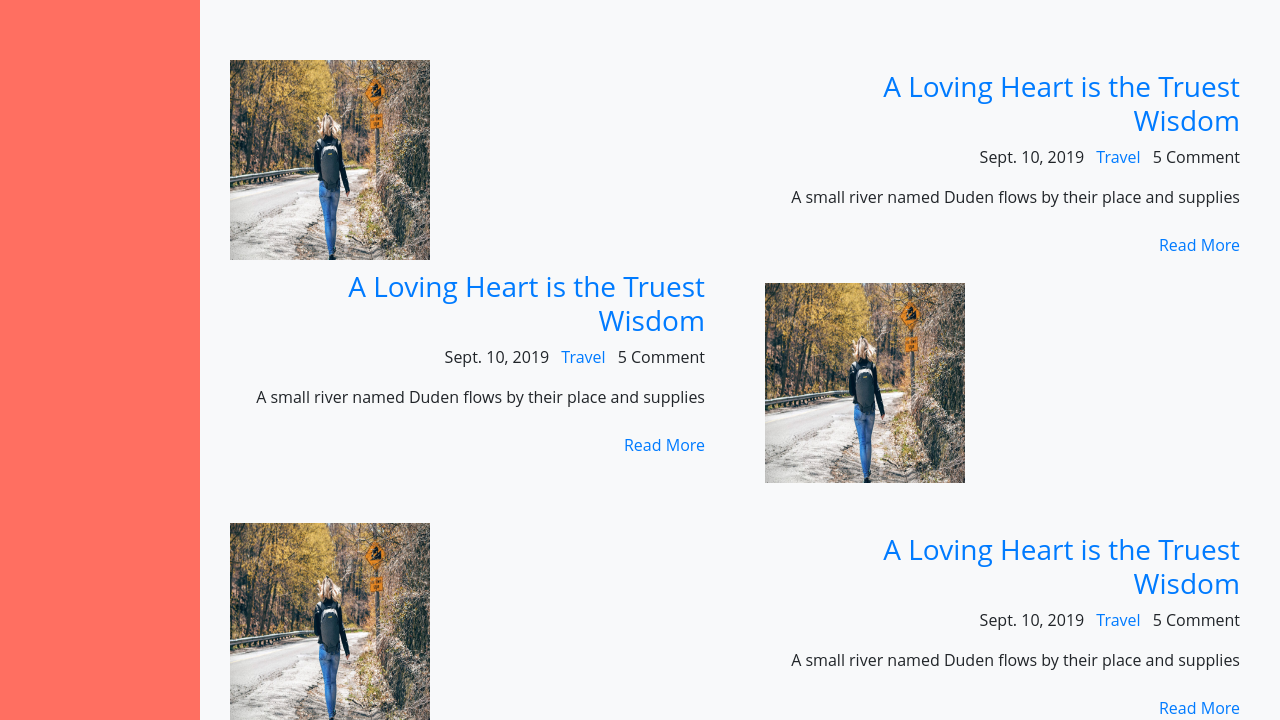
Repository: tts2610/GoogleNews
Page: index.html
These files come from the project's save history. The page is drawn as it stood at one moment and after the next save; the edit follows.
The browser window is 1280 px wide. The pictures show the whole page.
The page's requests for data from a server got no answer. An inner scrolling area shows only its first screen. Some web libraries are served in a nearby version.

Above is the page before, as saved 2020-05-20 22:52:14.

### index.html
<!DOCTYPE html>
<html lang="en">

<head>
    <meta charset="UTF-8">
    <meta name="viewport" content="width=device-width, initial-scale=1.0">
    <title>Document</title>
    <link rel="stylesheet" href="https://maxcdn.bootstrapcdn.com/bootstrap/4.4.1/css/bootstrap.min.css">

    <!-- jQuery library -->
    <script src="https://ajax.googleapis.com/ajax/libs/jquery/3.5.1/jquery.min.js"></script>

    <!-- Popper JS -->
    <script src="https://cdnjs.cloudflare.com/ajax/libs/popper.js/1.16.0/umd/popper.min.js"></script>

    <!-- Latest compiled JavaScript -->
    <script src="https://maxcdn.bootstrapcdn.com/bootstrap/4.4.1/js/bootstrap.min.js"></script>
    <link rel="stylesheet" href="css/style.css">

    <link href="https://unpkg.com/aos@2.3.1/dist/aos.css" rel="stylesheet">

    <link rel="stylesheet" href="https://cdnjs.cloudflare.com/ajax/libs/animate.css/4.0.0/animate.min.css" />
    <script src="js/moment.js"></script>
</head>

<body>
    <div class="myContainer">
        <div class="sidenav">
            <ul id="sideNav">
                <!-- <li></li>
                <li></li>
                <li></li> -->
            </ul>
        </div>
        <div class="content" id="myContent">

            <div class="row">
                <div class="col-6">
                    <div class="row" id='container-row'>

                        <div class="row">
                            <div class="news-img"><img src="img/image_8.jpg" width="200" height="200"></div>
                            <div class="blog-entry">
                                <div class="text">
                                    <h3 class="mb-2"><a href="single.html">A Loving Heart is the Truest Wisdom</a></h3>
                                    <div class="meta-wrap">
                                        <p class="meta">
                                            <span><i class="icon-calendar mr-2"></i>Sept. 10, 2019</span>
                                            <span><a href="single.html"><i class="icon-folder-o mr-2"></i>Travel</a></span>
                                            <span><i class="icon-comment2 mr-2"></i>5 Comment</span>
                                        </p>
                                    </div>
                                    <p class="mb-4">A small river named Duden flows by their place and supplies</p>
                                    <p><a href="#" class="btn-custom">Read More <span class="ion-ios-arrow-forward"></span></a></p>
                                </div>
                            </div>

                        </div>
                        <div class="row">
                            <div class="news-img"><img src="img/image_8.jpg" width="200" height="200"></div>
                            <div class="blog-entry">
                                <div class="text">
                                    <h3 class="mb-2"><a href="single.html">A Loving Heart is the Truest Wisdom</a></h3>
                                    <div class="meta-wrap">
                                        <p class="meta">
                                            <span><i class="icon-calendar mr-2"></i>Sept. 10, 2019</span>
                                            <span><a href="single.html"><i class="icon-folder-o mr-2"></i>Travel</a></span>
                                            <span><i class="icon-comment2 mr-2"></i>5 Comment</span>
                                        </p>
                                    </div>
                                    <p class="mb-4">A small river named Duden flows by their place and supplies</p>
                                    <p><a href="#" class="btn-custom">Read More <span class="ion-ios-arrow-forward"></span></a></p>
                                </div>
                            </div>

                        </div>


                        <!-- <div class="col-md-12">

                        </div> -->
                        <!-- <div class="col-md-12">

                        </div> -->
                    </div>
                </div>
                <div class="col-6">
                    <div class="row" id='container-row'>

                        <div class="row">
                            <div class="blog-entry">
                                <div class="text">
                                    <h3 class="mb-2"><a href="single.html">A Loving Heart is the Truest Wisdom</a></h3>
                                    <div class="meta-wrap">
                                        <p class="meta">
                                            <span><i class="icon-calendar mr-2"></i>Sept. 10, 2019</span>
                                            <span><a href="single.html"><i class="icon-folder-o mr-2"></i>Travel</a></span>
                                            <span><i class="icon-comment2 mr-2"></i>5 Comment</span>
                                        </p>
                                    </div>
                                    <p class="mb-4">A small river named Duden flows by their place and supplies</p>
                                    <p><a href="#" class="btn-custom">Read More <span class="ion-ios-arrow-forward"></span></a></p>
                                </div>
                            </div>
                            <div class="news-img"><img src="img/image_8.jpg" width="200" height="200"></div>
                        </div>
                        <div class="row">
                            <div class="blog-entry">
                                <div class="text">
                                    <h3 class="mb-2"><a href="single.html">A Loving Heart is the Truest Wisdom</a></h3>
                                    <div class="meta-wrap">
                                        <p class="meta">
                                            <span><i class="icon-calendar mr-2"></i>Sept. 10, 2019</span>
                                            <span><a href="single.html"><i class="icon-folder-o mr-2"></i>Travel</a></span>
                                            <span><i class="icon-comment2 mr-2"></i>5 Comment</span>
                                        </p>
                                    </div>
                                    <p class="mb-4">A small river named Duden flows by their place and supplies</p>
                                    <p><a href="#" class="btn-custom">Read More <span class="ion-ios-arrow-forward"></span></a></p>
                                </div>
                            </div>
                            <div class="news-img"><img src="img/image_8.jpg" width="200" height="200"></div>
                        </div>


                        <!-- <div class="col-md-12">

                        </div> -->
                        <!-- <div class="col-md-12">

                        </div> -->
                    </div>
                </div>
            </div>
            <!-- <button type="button" id="loadMoreBtn" class="btn btn-success my-3" style="margin-left: 470px;">Load more...</button> -->
        </div>
    </div>

    <script src="js/script.js"></script>
    <script src="https://unpkg.com/aos@2.3.1/dist/aos.js"></script>
    <script>
        AOS.init();
    </script>
</body>

</html>

### css/style.css
body {
    margin: 0;
    font-family: 'Open Sans', sans-serif;
}

.myContainer {
    display: flex;
    justify-content: start;
}

.sidenav {
    min-height: 100vh;
    width: 200px;
    float: left;
    position: relative;
    background-color: #FF6F61;
}

#sideNav {
    overflow-y: scroll;
}

.content {
    height: 100vh;
    width: calc(100% - 200px);
    float: right;
    position: relative;
    background-color: #f8f9fa;
    overflow-y: scroll;
}

.blog-entry-left {
    display: flex;
    flex-direction: column;
    align-items: center;
}

.blog-entry {
    padding: 10px;
}

.row {
    padding: 20px;
    font-size: medium;
    text-align: right;
}

#container-row {
    display: flex;
    justify-content: flex-end;
}

button {
    margin-left: 500px;
}

### js/script.js
let newsList = [];
const apiKey = "2dc86bcdc7184b17b45b74b30858f75a"
let page = 1;
let pageSize = 6;
let categoryList = [];
let q = "apple";

const loadNews = async(page) => {
    let sources = [];
    $("input:checkbox:checked").each(function() {
        sources.push($(this).val());
    });
    let url;
    if (!sources.length)
        url = `https://newsapi.org/v2/top-headlines?q=${q}&apiKey=${apiKey}&page=${page}&pageSize=${pageSize}`;
    else {
        let sourceStr = sources.join(",");
        url = `https://newsapi.org/v2/top-headlines?q=${q}&page=${page}&pageSize=${pageSize}&sources=${sourceStr}&apiKey=${apiKey}`
    }



    let data = await fetch(url);
    let result = await data.json();
    $("#myContent").empty();
    $("#myContent").append(render(result));
    $('#myContent').append(`<button onclick="loadMoreFunction()" id="loadMoreBtn" type="button" class="btn btn-success my-4">Load more</button>`);
    $('#myContent').append(`<div id="currentNews" style="text-align:right;">Shown : ${result.articles.length} news</div>`);
}

$(document).ready(function() {
    countCategory();
    // loadNews(page);

});

async function countCategory() {
    let filterUrl = `https://newsapi.org/v2/top-headlines?q=${q}&apiKey=${apiKey}`;
    let filterData = await fetch(filterUrl);
    let result = await filterData.json();
    result.articles.forEach((x, i) => {
        addToDictionary(x.source);
    });
    reloadFilter();
}


function loadMoreFunction() {
    page++;
    $("#loadMoreBtn").remove();
    $("#currentNews").remove();
    loadNews(page);
}

function reloadFilter() {
    $("#sideNav").empty();
    categoryList.forEach(element => {
        let html = `<div class="form-check">
                        <input class="form-check-input" onchange="loadNews(1);" type="checkbox" id="${element.id}" value="${element.id}">
                        <label class="form-check-label">${element.category}(${element.count})</label>
                    </div>`;
        $("#sideNav").append(html);
    });
}

function addToDictionary(x) {
    let flag;
    for (let i = 0; i < categoryList.length; i++) {
        if (categoryList[i].id == x.id) {
            categoryList[i].count++;
            flag = true;
        }
    }
    if (!flag)
        categoryList.push({ id: x.id, category: x.name, count: 1 })
}

function render(result) {
    let innerHtml = '';
    let firstNum = 0;
    let midNum;
    let lastNum;
    result.articles.forEach((x, i) => {
        if (i == firstNum) {
            innerHtml += `<div class="row animate__animated animate__fadeInUp">
            <div class="col-4">
                <div class="blog-entry-left">
                    <div>
                        <img src="${x.urlToImage}" width="200" height="200">
                    </div>
                    <div class="text">
                        <h3 class=""><a href="single.html">${x.title}</a></h3>
                        <div class="meta-wrap">
                            <p class="meta">
                                <span><i class="icon-calendar mr-2"></i>${moment(x.publishedAt).fromNow()}</span>
                                <span><a href="single.html"><i class="icon-folder-o mr-2"></i>${x.source.name}</a></span>
                                <span><i class="icon-comment2 mr-2"></i>5 Comment</span>
                            </p>
                        </div>
                        <p class="">${x.description}</p>
                        <p><a href="#" class="btn-custom">Read More <span class="ion-ios-arrow-forward"></span></a></p>
                    </div>
                </div>
            </div>`
            midNum = i + 1;
            firstNum = firstNum + 3;
        }
        if (i == midNum) {
            innerHtml += `<div class="col-8">
            <div class="row">
                <div class="col-md-12">
                    <div class="blog-entry">
                        <div class="text text-2 text-md-right pr-4">
                            <h3 class="mb-2"><a href="single.html">${x.title}</a></h3>
                            <div class="meta-wrap">
                                <p class="meta">
                                    <span><i class="icon-calendar mr-2"></i>${moment(x.publishedAt).fromNow()}</span>
                                    <span><a href="single.html"><i class="icon-folder-o mr-2"></i>${x.source.name}</a></span>
                                    <span><i class="icon-comment2 mr-2"></i>5 Comment</span>
                                </p>
                            </div>
                            <p class="mb-4">${x.description}</p>
                            <p><a href="#" class="btn-custom">Read More <span class="ion-ios-arrow-forward"></span></a></p>
                        </div>
                        <div class="news-img"><img src="${x.urlToImage}" width="200" height="200"></div>
                    </div>
                </div>`
            lastNum = i + 1;
        }
        if (i == lastNum) {
            innerHtml += `<div class="col-md-12">
            <div class="blog-entry ftco-animate d-md-flex align-items-center">
                <div class="text text-2 text-md-right pr-4">
                    <h3 class="mb-2"><a href="single.html">${x.title}</a></h3>
                    <div class="meta-wrap">
                        <p class="meta">
                            <span><i class="icon-calendar mr-2"></i>${moment(x.publishedAt).fromNow()}</span>
                            <span><a href="single.html"><i class="icon-folder-o mr-2"></i>${x.source.name}</a></span>
                            <span><i class="icon-comment2 mr-2"></i>5 Comment</span>
                        </p>
                    </div>
                    <p class="mb-4">${x.description}</p>
                    <p><a href="#" class="btn-custom">Read More <span class="ion-ios-arrow-forward"></span></a></p>
                </div>
                <div class="news-img"><img src="${x.urlToImage}" width="200" height="200"></div>
            </div>
        </div>
    </div>
</div>
</div>
`
        }


    });
    return innerHtml;
}

Loaded but not shown: js/moment.js (library)

After the next save:
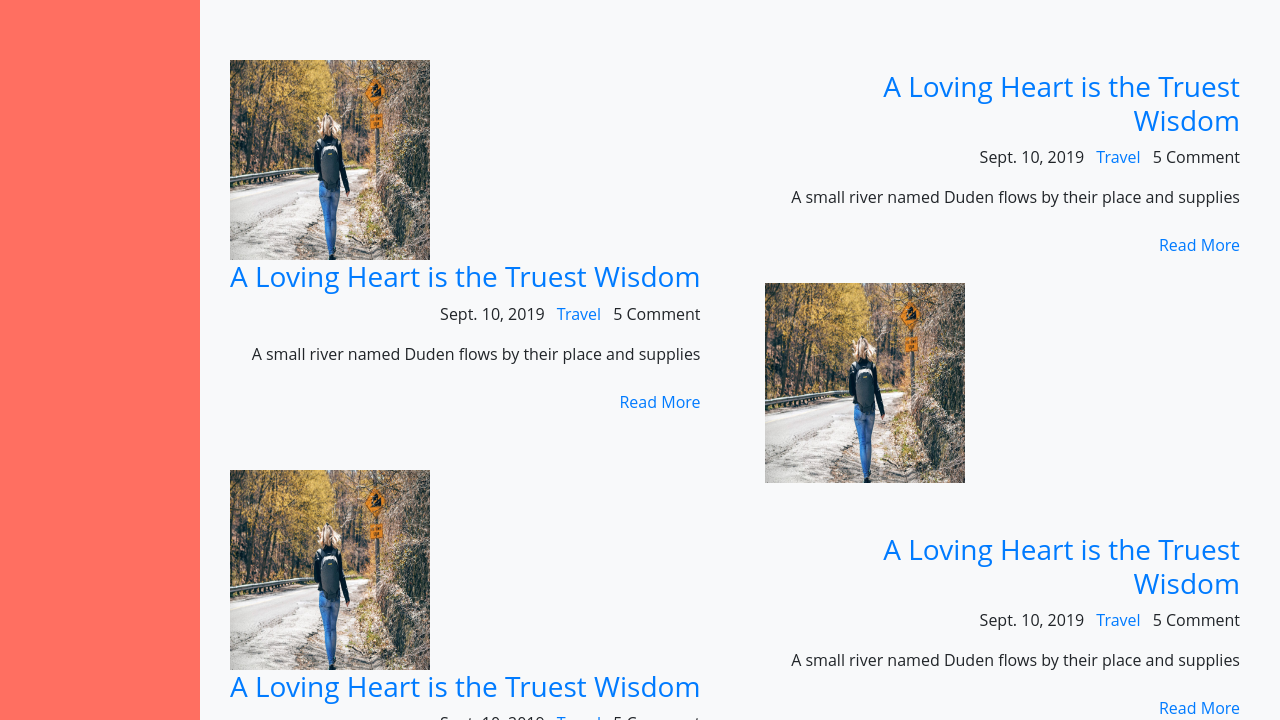
Saved 37 s later.
--- a/index.html
+++ b/index.html
@@ -40,7 +40,7 @@
 
                         <div class="row">
                             <div class="news-img"><img src="img/image_8.jpg" width="200" height="200"></div>
-                            <div class="blog-entry">
+                            <div class="blog-entry-left">
                                 <div class="text">
                                     <h3 class="mb-2"><a href="single.html">A Loving Heart is the Truest Wisdom</a></h3>
                                     <div class="meta-wrap">
@@ -58,7 +58,7 @@
                         </div>
                         <div class="row">
                             <div class="news-img"><img src="img/image_8.jpg" width="200" height="200"></div>
-                            <div class="blog-entry">
+                            <div class="blog-entry-left">
                                 <div class="text">
                                     <h3 class="mb-2"><a href="single.html">A Loving Heart is the Truest Wisdom</a></h3>
                                     <div class="meta-wrap">
